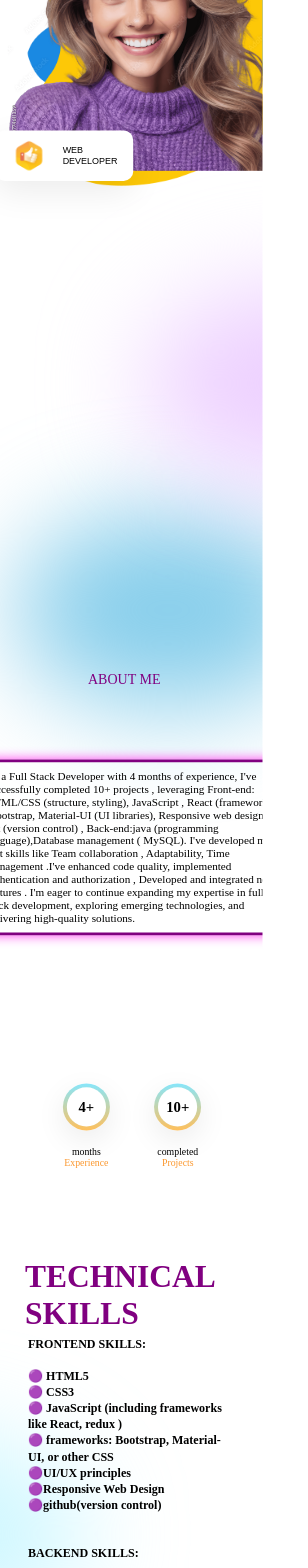
Repository: glorysandy/Protfolio
Page: /
These files come from the project's save history. The page is drawn as it stood at one moment and after a run of saves; the edit follows.
The browser window is 375 px wide. The page is 440 px wide, so the pictures cover 440 px, including what lies to the right of the window. The pictures show the part of the page from y = 1079 to 3319 px (the page is 7883 px tall), at 70% of full size.
Some web fonts or font styles are not loaded; a fallback is used. The project was rebuilt for these pictures with package versions that can differ from the ones it lists, and the page was loaded fresh each time. Imported but missing from the stored project, and not drawn on this page: src/components/Services/SANDHIYA.P (RESUME).pdf.

Above is the page before, as saved 2024-10-17 16:06:01.

After the next 2 saves:
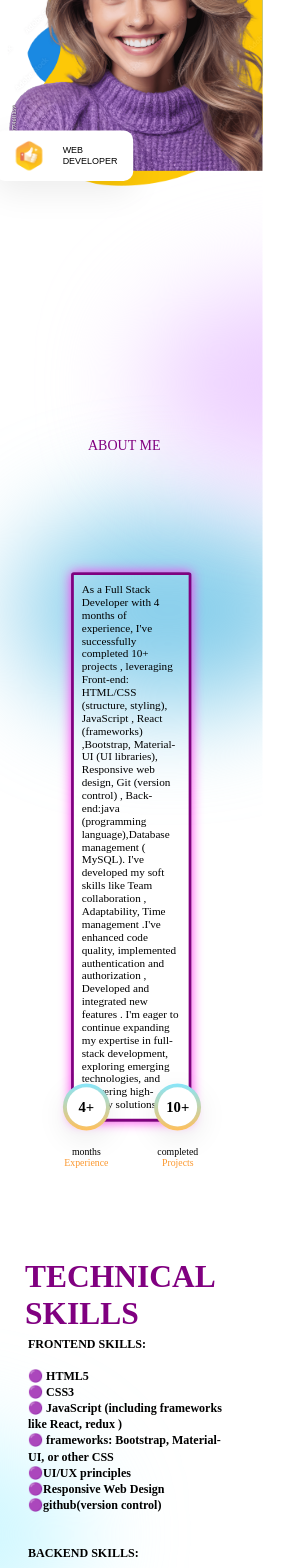
The 2 saves are shown as one change because they came seconds apart.
The last was saved 26 s later.
--- a/src/components/Testimonials/Testimonial.css
+++ b/src/components/Testimonials/Testimonial.css
@@ -95,7 +95,7 @@ border-radius: 5px;
         transform: scale(0.8);
         border: 5px solid purple;
         color: black;
-        width: 65vh;
+        width: ;
         justify-content: start;
     }
     .c-t{
